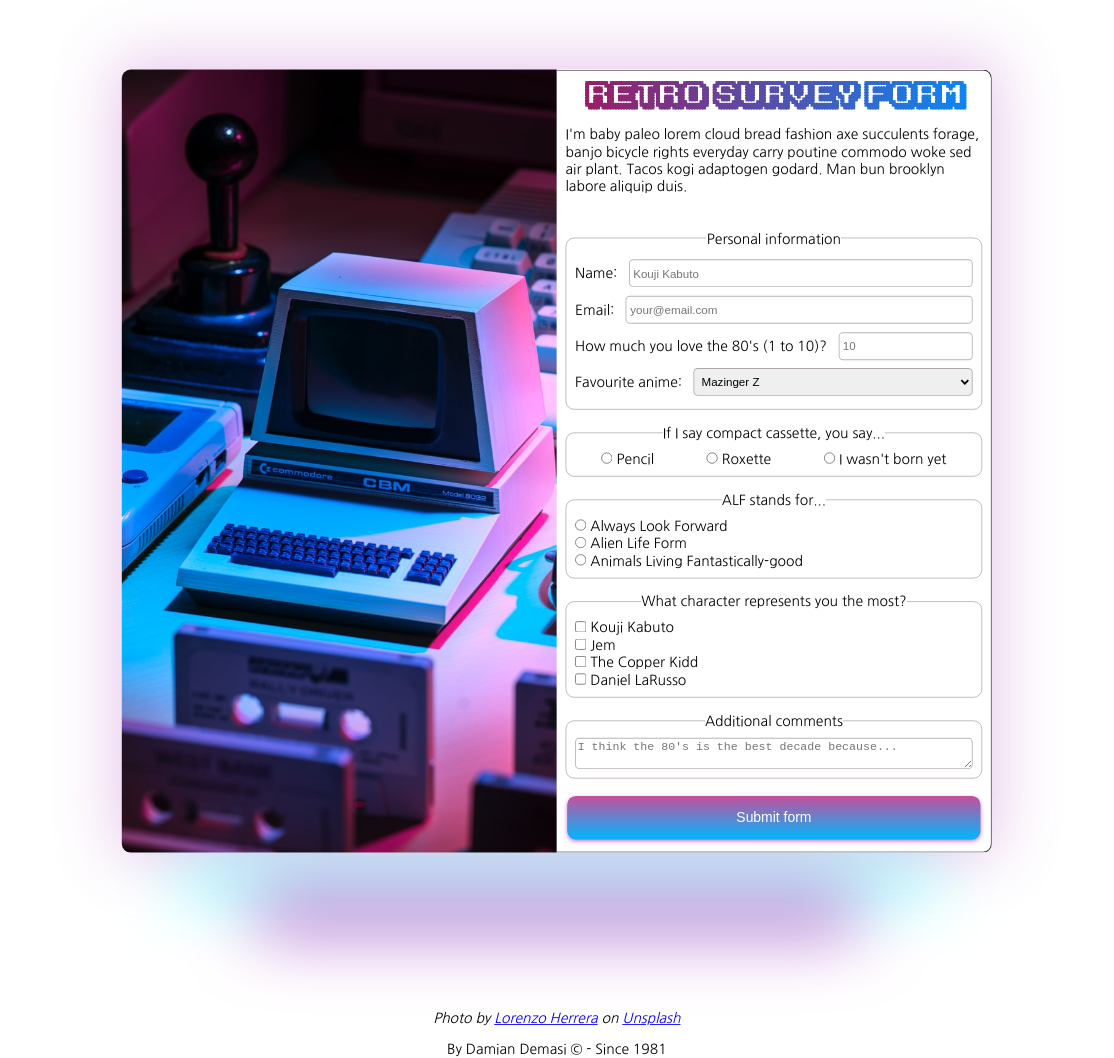
Repository: Colo-Codes/freecodecamp-02-Build-a-Survey-Form
Page: index.html
An editor plug-in stored every save of this project. The page is shown before and after the next save, followed by the edit.
The browser window is 1280 px wide. The pictures show the whole page, at 87% of full size.
The pointer rests on the first visible `input[type=submit]`.

Above is the page before, as saved 2021-05-19 08:43:43.

### index.html
<!DOCTYPE html>
<html lang="en">

<head>
    <meta charset="UTF-8">
    <meta http-equiv="X-UA-Compatible" content="IE=edge">
    <meta name="viewport" content="width=device-width, initial-scale=1.0">
    <link rel="stylesheet" href="./resources/css/index.css" type="text/css">
    <link rel="preconnect" href="https://fonts.gstatic.com">
    <link href="https://fonts.googleapis.com/css2?family=Nanum+Gothic:wght@400;800&display=swap" rel="stylesheet">
    <title>Retro Survey Form</title>
</head>

<body>
    <main id="grid-container">
        <header>
            <h1 id="title">Retro Survey Form</h1>
            <p id="description">I'm baby paleo lorem cloud bread fashion axe succulents forage, banjo bicycle rights
                everyday carry poutine commodo woke sed air plant. Tacos kogi adaptogen godard. Man bun brooklyn labore
                aliquip duis.</p>
        </header>
        <section>
            <form action="#" id="survey-form" method="POST">
                <fieldset id="personal-info">
                    <legend>Personal information</legend>
                    <label for="name" id="name-label">
                        Name: <input type="text" id="name" placeholder="Kouji Kabuto" required>
                    </label>
                    <label for="email" id="email-label">
                        Email: <input type="email" id="email" placeholder="your@email.com" required> <!-- validate -->
                    </label>
                    <label for="number" id="number-label">
                        How much you love the 80's (1 to 10)? <input type="number" id="number" placeholder="10" min="1"
                            max="10" required>
                    </label>
                    <label for="dropdown"> Favourite anime:
                        <select name="favourite" id="dropdown">
                            <option value="mazinger-z">Mazinger Z</option>
                            <option value="macross-robotech">Macross (Robotech)</option>
                            <option value="crusher-joe">Crusher Joe</option>
                            <option value="momo">Magical Princess Minky Momo</option>
                            <option value="gundam">Mobile Suit Zeta Gundam</option>
                            <option value="dragon-ball">Dragon Ball</option>
                            <option value="galactic-heroes">Legend of the Galactic Heroes</option>
                        </select>
                    </label>
                </fieldset>

                <fieldset id="cassette">
                    <legend>If I say compact cassette, you say...</legend>
                    <label for="pencil">
                        <input type="radio" name="cassette-match" value="pencil" id="pencil"> Pencil
                    </label>
                    <label for="roxette">
                        <input type="radio" name="cassette-match" value="roxette" id="roxette"> Roxette
                    </label>
                    <label for="not-born">
                        <input type="radio" name="cassette-match" value="not-born" id="not-born"> I wasn't born yet
                    </label>
                </fieldset>
                <fieldset id="alf">
                    <legend>ALF stands for...</legend>
                    <label for="always">
                        <input type="radio" name="alf" value="always" id="always"> Always Look Forward
                    </label>
                    <label for="alien">
                        <input type="radio" name="alf" value="alien" id="alien"> Alien Life Form
                    </label>
                    <label for="animals">
                        <input type="radio" name="alf" value="animals" id="animals"> Animals Living Fantastically-good
                    </label>
                </fieldset>
                <fieldset id="character">
                    <legend>What character represents you the most?</legend>
                    <label for="koji">
                        <input type="checkbox" name="character" value="koji" id="koji"> Kouji Kabuto
                    </label>
                    <label for="jem">
                        <input type="checkbox" name="character" value="jem" id="jem"> Jem
                    </label>
                    <label for="copper">
                        <input type="checkbox" name="character" value="copper" id="copper"> The Copper Kidd
                    </label>
                    <label for="larusso">
                        <input type="checkbox" name="character" value="larusso" id="larusso"> Daniel LaRusso
                    </label>
                </fieldset>
                <fieldset id="additional-comments">
                    <legend>Additional comments</legend>
                    <textarea name="additional-comments" id="textarea" cols="50" placeholder="I think the 80's is the best decade because..."></textarea>
                </fieldset>
                <div id="submit">
                    <input type="submit" value="Submit form">
                </div>
            </form>
        </section>
        <div id="main-image" role="img" aria-label="Retro computers and devices from the 80's under a blue and violet light"></div>
    </main>
    <div id="glow-1"></div>
    <div id="glow-2"></div>
    <footer>
        <p>Photo by <a href="https://unsplash.com/@lorenzoherrera?utm_source=unsplash&utm_medium=referral&utm_content=creditCopyText" target="_blank">Lorenzo Herrera</a> on <a href="https://unsplash.com/?utm_source=unsplash&utm_medium=referral&utm_content=creditCopyText" target="_blank">Unsplash</a></p>
        <p>By Damian Demasi &copy; - Since 1981</p>
    </footer>
</body>

</html>

### resources/css/index.css
@font-face {
    font-family: 'Karmatic Arcade';
    src: url("../fonts/ka1.ttf");
    font-weight: normal;
    font-style: normal;
}
/* Initial reset */
html {
    box-sizing: border-box;
    font-size: 16px;
}
*, *:before, *:after {
    box-sizing: inherit;
    margin: 0;
    padding: 0;
    /*outline: 1px dashed blue; /* Debugging purposes */
}
/* Grid */
#grid-container {
    width: 1000px; /* TODO media query */
    height: 900px; /* TODO media query */
    display: grid;
    flex-direction: row;
    margin: 5rem auto 50px auto;
    border-radius: 10px;
    /* border: 1px solid red; */
    grid-template: 1fr 1fr / 1fr 1fr;
    box-shadow: 0px -5px 70px 10px rgba(181, 83, 196, .3);

}
#main-image {
    background-image: url(../img/lorenzo-herrera-p0j-mE6mGo4-unsplash.jpg);
    background-repeat: no-repeat;
    background-position: 45%;
    background-size: cover;
    order: -1;
    grid-area: 1 / 1 / 3 / 2; /* the whole left column */
    border-radius: 10px 0 0 10px;
}
header {
    background-color: white;
    grid-area: 1 / 2 / 2 / 3; /* top right */
    border-radius: 0 10px 0 0;
    border-top: 1px solid rgb(26, 6, 18);
    border-right: 1px solid rgb(26, 6, 18);
}
section {
    background-color: white;
    grid-area: 2 / 2 / 3 / 3; /* top right */
    border-radius: 0 0 10px 0;
    border-bottom: 1px solid rgb(10, 1, 4);
    border-right: 1px solid rgb(10, 1, 4);
}
/* Form */
form {
    margin: 10px;
    font-family: 'Nanum Gothic', sans-serif;
}
h1 {
    margin-top: 10px;
    font-family: "Karmatic Arcade", sans-serif;
    text-align: center;
    background: linear-gradient(90deg, #A4155B, #028CFD);
    -webkit-background-clip: text;
    -webkit-text-fill-color: transparent;
}
header p {
    padding: 1em 10px 1em 10px;
    font-family: 'Nanum Gothic', sans-serif;
}
fieldset {
    padding: 10px;
    border: 1px solid rgba(26, 6, 18, .3);
    border-radius: 10px;
    margin-bottom: 1rem;;
}
legend {
    text-align: center;
}
#personal-info {
    display: flex;
    flex-direction: column;
    align-items: stretch;
}
#personal-info label {
    display: flex;
    margin: .3rem 0;
    align-items: center;
}
#personal-info input, #personal-info select {
    flex: 1 1 auto;
    margin-left: 1em;
    padding: 2px 4px;
    height: 2rem;
    border: 1px solid rgba(26, 6, 18, .3);
    border-radius: 5px;
}
#cassette {
    display: flex;
    flex-direction: row;
    flex-direction: row;
    justify-content: space-around;
}
#alf {
    display: flex;
    flex-direction: row;
    flex-flow: column;
    justify-content: space-around;
}
#character {
    display: flex;
    flex-direction: row;
    flex-flow: column;
    justify-content: space-around;
}
#additional-comments {
    display: flex;
}
#additional-comments textarea {
    flex: 1 1 auto;
    padding: 2px;
    max-width: 100%;
    border: 1px solid rgba(26, 6, 18, .3);
    border-radius: 5px;
    resize:vertical; /* will prevent resizing horizontally */
}
#submit {
    display: flex;
}
input[type=submit] {
    flex: 1 1 auto;
    background-color: #832D7C; /* fallback */
    background-image: linear-gradient(90deg, #00B7FD, #C54F9C);
    border: none;
    border-radius: 10px;
    color: white;
    padding: 16px;
    margin: 4px 2px;
    font-size: 1rem;
    cursor: pointer;
    box-shadow: 0 5px 10px rgba(181, 83, 196, .5);
  }
input[type=submit]:hover {
    background-image: linear-gradient(0deg, #00B7FD, #C54F9C);
    box-shadow: 0 2px 5px rgba(181, 83, 196, .8);

}
/* Glow */
#glow-1 {
    width: 850px; /* TODO media query */
    margin: -60px auto;
    box-shadow: 0px 40px 80px 10px #0ff;
}
#glow-2 {
    width: 650px; /* TODO media query */
    margin: -60px auto;
    box-shadow: 0px 80px 80px 20px rgb(181, 83, 196);
}
/* Footer */
footer {
    display: flex;
    margin-top: 15rem;
    flex-direction: column;
    justify-content: center;
    font-family: 'Nanum Gothic', sans-serif;
}
footer * {
    margin: 0 auto;
}
footer p:first-child {
    font-style: italic;
    margin-bottom: 1em;
}

After the next save:
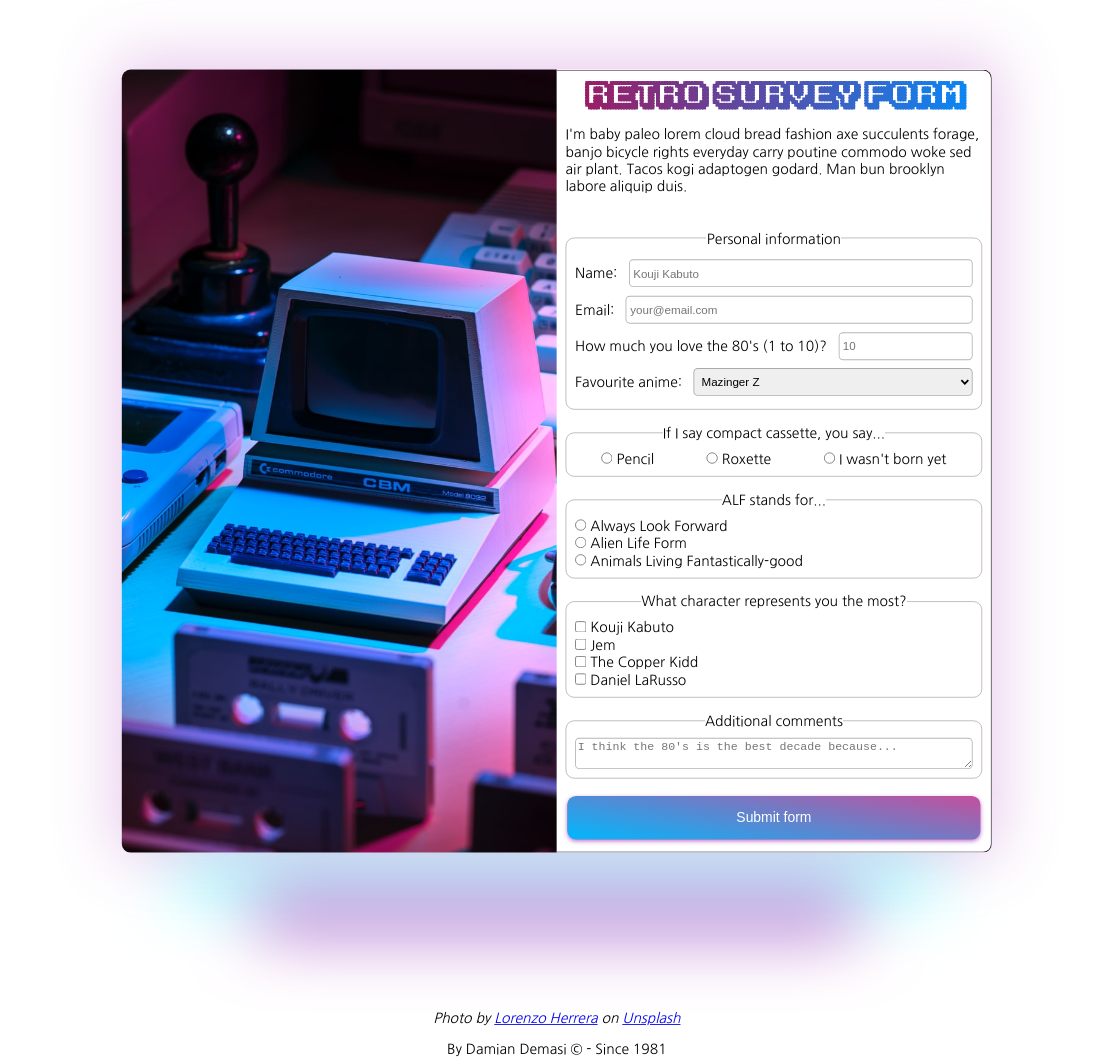
Saved 6 s later.
--- a/resources/css/index.css
+++ b/resources/css/index.css
@@ -141,7 +141,7 @@ input[type=submit] {
     box-shadow: 0 5px 10px rgba(181, 83, 196, .5);
   }
 input[type=submit]:hover {
-    background-image: linear-gradient(0deg, #00B7FD, #C54F9C);
+    background-image: linear-gradient(10deg, #00B7FD, #C54F9C);
     box-shadow: 0 2px 5px rgba(181, 83, 196, .8);
 
 }
